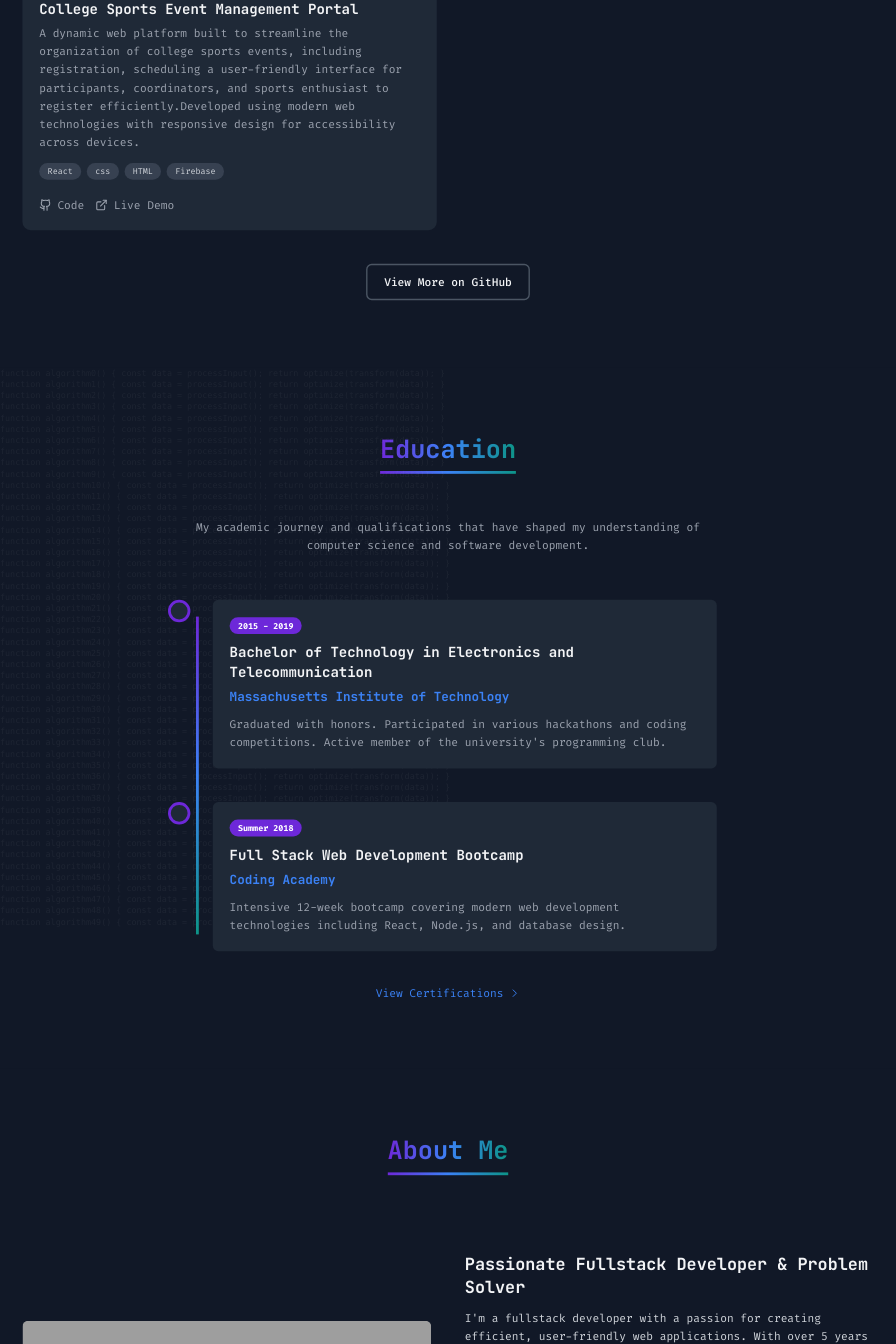
Repository: Saquib45/portfolio
Page: /
An editor plug-in stored every save of this project. The page is shown before and after the next save, followed by the edit.
The browser window is 1280 px wide. The pictures show the part of the page from y = 3537 to 5457 px (the page is 7453 px tall), at 70% of full size.
Pictures or frames that could not be fetched are drawn as grey boxes. The project was rebuilt for these pictures with package versions that can differ from the ones it lists, and the page was loaded fresh each time. Also part of the build but not shown: vite.config.ts.

Above is the page before, as saved 2025-04-24 14:16:11.

### index.html
<!doctype html>
<html lang="en">
  <head>
    <meta charset="UTF-8" />
    <link rel="icon" type="image/svg+xml" href="/vite.svg" />
    <meta name="viewport" content="width=device-width, initial-scale=1.0" />
    <title>Developer Portfolio | Fullstack Software Engineer</title>
    <link rel="preconnect" href="https://fonts.googleapis.com">
    <link rel="preconnect" href="https://fonts.gstatic.com" crossorigin>
    <link href="https://fonts.googleapis.com/css2?family=JetBrains+Mono:wght@400;500;700&family=Fira+Code:wght@300;400;500;700&display=swap" rel="stylesheet">
  </head>
  <body>
    <div id="root"></div>
    <script type="module" src="/src/main.tsx"></script>
  </body>
</html>

### src/App.tsx
import React from 'react';
import Navbar from './components/Navbar';
import Hero from './components/Hero';
import Skills from './components/Skills';
import Projects from './components/Projects';
import Education from './components/Education';
import About from './components/About';
import Contact from './components/Contact';
import Footer from './components/Footer';
import FloatingNav from './components/FloatingNav';

function App() {
  return (
    <div className="bg-gray-900 text-gray-100 font-fira">
      <Navbar />
      <main>
        <Hero />
        <Skills />
        <Projects />
        <Education />
        <About />
        <Contact />
      </main>
      <Footer />
      <FloatingNav />
    </div>
  );
}

export default App;

### src/index.css
@tailwind base;
@tailwind components;
@tailwind utilities;

@layer base {
  html {
    scroll-behavior: smooth;
  }

  body {
    @apply bg-gray-900 text-gray-100;
    overflow-x: hidden;
  }

  h1, h2, h3, h4, h5, h6 {
    @apply font-jetbrains font-bold;
  }

  h1 {
    @apply text-4xl md:text-5xl lg:text-6xl;
  }

  h2 {
    @apply text-3xl md:text-4xl;
  }

  h3 {
    @apply text-2xl md:text-3xl;
  }

  p {
    @apply leading-relaxed;
  }
}

@layer components {
  .container-custom {
    @apply container mx-auto px-4 sm:px-6 lg:px-8 max-w-7xl;
  }

  .gradient-text {
    @apply bg-clip-text text-transparent bg-gradient-to-r from-primary via-accent to-secondary;
  }

  .section-padding {
    @apply py-16 md:py-24;
  }

  .section-title {
    @apply text-3xl md:text-4xl font-bold mb-12 text-center relative pb-4 inline-block;
  }

  .section-title::after {
    content: '';
    @apply absolute bottom-0 left-0 w-full h-1 bg-gradient-to-r from-primary via-accent to-secondary;
  }

  .card {
    @apply bg-gray-800 rounded-lg p-6 transition-all;
  }

  .btn {
    @apply inline-flex items-center justify-center px-6 py-3 rounded-lg font-medium transition-all duration-300 focus:outline-none focus:ring-2 focus:ring-offset-2 focus:ring-offset-gray-900;
  }

  .btn-primary {
    @apply bg-primary hover:bg-primary-600 text-white focus:ring-primary;
  }

  .btn-secondary {
    @apply bg-secondary hover:bg-secondary-600 text-white focus:ring-secondary;
  }

  .btn-accent {
    @apply bg-accent hover:bg-accent-600 text-white focus:ring-accent;
  }

  .btn-outline {
    @apply border-2 border-gray-600 hover:border-primary hover:text-primary focus:ring-primary;
  }

  .input {
    @apply block w-full px-4 py-3 bg-gray-800 border border-gray-700 rounded-lg focus:outline-none focus:ring-2 focus:ring-primary focus:border-transparent transition-colors;
  }
}

/* Scroll animations */
.fade-in-section {
  opacity: 0;
  transform: translateY(20px);
  transition: opacity 0.6s ease-out, transform 0.6s ease-out;
}

.fade-in-section.is-visible {
  opacity: 1;
  transform: translateY(0);
}

/* Project card hover effect */
.project-card {
  transition: transform 0.3s ease, box-shadow 0.3s ease;
}

.project-card:hover {
  transform: translateY(-5px);
  box-shadow: 0 10px 20px rgba(0, 0, 0, 0.2);
}

/* Cursor animation */
.cursor {
  display: inline-block;
  width: 2px;
  height: 1em;
  background-color: currentColor;
  margin-left: 2px;
  animation: blink 1s infinite;
}

@keyframes blink {
  0%, 100% { opacity: 1; }
  50% { opacity: 0; }
}

/* Skill card hover effect */
.skill-card {
  transition: all 0.3s ease;
}

.skill-card:hover {
  transform: translateY(-5px);
  box-shadow: 0 0 15px rgba(109, 40, 217, 0.5);
}

### src/components/Hero.tsx
import React from 'react';
import { motion } from 'framer-motion';
import { TypeAnimation } from 'react-type-animation';
import { ChevronDown } from 'lucide-react';
import { Link } from 'react-scroll';

const Hero: React.FC = () => {
  return (
    <section
      id="hero"
      className="relative min-h-screen flex items-center justify-center bg-hero-pattern bg-gray-900 overflow-hidden"
    >
      <div className="absolute inset-0 bg-gradient-radial from-transparent to-gray-900 z-0"></div>

      {/* Animated Background Elements */}
      <div className="absolute inset-0 z-0">
        <motion.div
          className="absolute top-1/4 left-1/4 w-64 h-64 bg-primary/20 rounded-full blur-3xl"
          animate={{
            x: [0, 50, 0],
            y: [0, 30, 0],
          }}
          transition={{
            duration: 15,
            repeat: Infinity,
            ease: "easeInOut"
          }}
        />
        <motion.div
          className="absolute bottom-1/3 right-1/3 w-96 h-96 bg-secondary/20 rounded-full blur-3xl"
          animate={{
            x: [0, -70, 0],
            y: [0, 40, 0],
          }}
          transition={{
            duration: 18,
            repeat: Infinity,
            ease: "easeInOut",
            delay: 1
          }}
        />
        <motion.div
          className="absolute top-1/2 right-1/4 w-72 h-72 bg-accent/20 rounded-full blur-3xl"
          animate={{
            x: [0, 60, 0],
            y: [0, -40, 0],
          }}
          transition={{
            duration: 20,
            repeat: Infinity,
            ease: "easeInOut",
            delay: 2
          }}
        />
      </div>

      <div className="container-custom relative z-10">
        <motion.div
          className="text-center"
          initial={{ opacity: 0, y: 20 }}
          animate={{ opacity: 1, y: 0 }}
          transition={{ duration: 0.8 }}
        >
          <motion.p
            className="text-lg md:text-xl text-accent mb-4"
            initial={{ opacity: 0 }}
            animate={{ opacity: 1 }}
            transition={{ delay: 0.2, duration: 0.8 }}
          >
            Hello, I'm
          </motion.p>

          <motion.h1
            className="text-4xl md:text-6xl lg:text-7xl font-bold mb-6"
            initial={{ opacity: 0 }}
            animate={{ opacity: 1 }}
            transition={{ delay: 0.4, duration: 0.8 }}
          >
            <span className="gradient-text">Sakib Maniyar</span>
          </motion.h1>

          <motion.div
            className="text-xl md:text-3xl text-gray-300 mb-8 h-16 flex justify-center items-center"
            initial={{ opacity: 0 }}
            animate={{ opacity: 1 }}
            transition={{ delay: 0.6, duration: 0.8 }}
          >
            <TypeAnimation
              sequence={[
                'Fullstack Developer',
                2000,
                'Software Developer',
                2000,
                'Problem Solver',
                2000,
                'Code Craftsman',
                2000,
              ]}
              speed={50}
              repeat={Infinity}
              className="font-jetbrains"
            />
          </motion.div>

          <motion.div
            className="flex flex-col sm:flex-row justify-center gap-4"
            initial={{ opacity: 0 }}
            animate={{ opacity: 1 }}
            transition={{ delay: 0.8, duration: 0.8 }}
          >
            <Link
              to="projects"
              smooth={true}
              duration={800}
              offset={-70}
              className="btn btn-primary"
            >
              View My Work
            </Link>
            <Link
              to="contact"
              smooth={true}
              duration={800}
              offset={-70}
              className="btn btn-outline"
            >
              Contact Me
            </Link>
          </motion.div>
        </motion.div>
      </div>

      <div className="absolute bottom-8 left-1/2 transform -translate-x-1/2 z-10">
        <motion.div
          animate={{ y: [0, 10, 0] }}
          transition={{
            duration: 1.5,
            repeat: Infinity,
            ease: "easeInOut"
          }}
        >
          <Link
            to="skills"
            smooth={true}
            duration={800}
            className="cursor-pointer"
          >
            <ChevronDown className="w-8 h-8 text-gray-400 hover:text-white transition-colors" />
          </Link>
        </motion.div>
      </div>
    </section>
  );
};

export default Hero;

### src/components/Education.tsx
import React from 'react';
import { motion } from 'framer-motion';
import { useInView } from 'react-intersection-observer';

interface EducationItem {
  degree: string;
  institution: string;
  period: string;
  description: string;
}

const Education: React.FC = () => {
  const [ref, inView] = useInView({
    triggerOnce: true,
    threshold: 0.1,
  });

  const containerVariants = {
    hidden: { opacity: 0 },
    visible: {
      opacity: 1,
      transition: {
        staggerChildren: 0.3,
      },
    },
  };

  const itemVariants = {
    hidden: { x: -50, opacity: 0 },
    visible: {
      x: 0,
      opacity: 1,
      transition: { duration: 0.6, ease: "easeOut" },
    },
  };

  const education: EducationItem[] = [
    // {
    //   degree: "Master of Science in Computer Science",
    //   institution: "Stanford University",
    //   period: "2019 - 2021",
    //   description: "Specialized in Artificial Intelligence and Machine Learning. Completed thesis on 'Neural Network Optimization Techniques for Real-time Applications'."
    // },
    {
      degree: "Bachelor of Technology in Electronics and Telecommunication",
      institution: "Massachusetts Institute of Technology",
      period: "2015 - 2019",
      description: "Graduated with honors. Participated in various hackathons and coding competitions. Active member of the university's programming club."
    },
    {
      degree: "Full Stack Web Development Bootcamp",
      institution: "Coding Academy",
      period: "Summer 2018",
      description: "Intensive 12-week bootcamp covering modern web development technologies including React, Node.js, and database design."
    },
  ];

  return (
    <section id="education" className="section-padding bg-gray-900 relative overflow-hidden">
      <div className="container-custom">
        <div className="text-center mb-16">
          <h2 className="section-title inline-block">
            <span className="gradient-text">Education</span>
          </h2>
          <p className="mt-4 text-gray-400 max-w-3xl mx-auto">
            My academic journey and qualifications that have shaped my understanding of computer science and software development.
          </p>
        </div>

        {/* Decorative code background */}
        <div className="absolute inset-0 opacity-5 text-xs font-mono overflow-hidden pointer-events-none">
          {Array.from({ length: 50 }).map((_, i) => (
            <div key={i} className="whitespace-nowrap">
              {`function algorithm${i}() { const data = processInput(); return optimize(transform(data)); }`}
            </div>
          ))}
        </div>

        <motion.div
          ref={ref}
          variants={containerVariants}
          initial="hidden"
          animate={inView ? "visible" : "hidden"}
          className="relative z-10 max-w-3xl mx-auto"
        >
          <div className="absolute left-6 top-6 bottom-6 w-1 bg-gradient-to-b from-primary via-accent to-secondary"></div>

          {education.map((item, index) => (
            <motion.div
              key={index}
              variants={itemVariants}
              className="mb-12 ml-12 relative"
            >
              <div className="absolute -left-16 top-0 w-8 h-8 bg-gray-800 border-4 border-primary rounded-full"></div>
              <div className="bg-gray-800 rounded-lg p-6 hover:shadow-lg transition-shadow">
                <span className="inline-block px-3 py-1 text-xs font-semibold text-white bg-primary rounded-full mb-3">
                  {item.period}
                </span>
                <h3 className="text-xl font-bold mb-2">{item.degree}</h3>
                <h4 className="text-lg text-accent mb-3">{item.institution}</h4>
                <p className="text-gray-400">{item.description}</p>
              </div>
            </motion.div>
          ))}
        </motion.div>

        <div className="mt-12 text-center relative z-10">
          <a
            href="#"
            className="inline-flex items-center text-accent hover:text-primary transition-colors"
          >
            <span>View Certifications</span>
            <svg
              xmlns="http://www.w3.org/2000/svg"
              className="h-4 w-4 ml-2"
              fill="none"
              viewBox="0 0 24 24"
              stroke="currentColor"
            >
              <path
                strokeLinecap="round"
                strokeLinejoin="round"
                strokeWidth={2}
                d="M9 5l7 7-7 7"
              />
            </svg>
          </a>
        </div>
      </div>
    </section>
  );
};

export default Education;

### src/components/Footer.tsx
import React from 'react';
import { Github, Linkedin, Twitter, ArrowUp } from 'lucide-react';
import { Link } from 'react-scroll';

const Footer: React.FC = () => {
  const currentYear = new Date().getFullYear();

  return (
    <footer className="bg-gray-950 pt-16 pb-6 relative">
      <div className="container-custom">
        <div className="grid grid-cols-1 md:grid-cols-2 lg:grid-cols-4 gap-8 mb-12">
          <div>
            <h4 className="text-xl font-bold mb-4 gradient-text">
              DEVFOLIO
            </h4>
            <p className="text-gray-400 mb-4">
              Fullstack developer specializing in building exceptional digital experiences.
            </p>
            <div className="flex space-x-4">
              <a
                href="https://github.com"
                target="_blank"
                rel="noopener noreferrer"
                className="text-gray-400 hover:text-primary transition-colors"
                aria-label="GitHub"
              >
                <Github size={20} />
              </a>
              <a
                href="https://linkedin.com"
                target="_blank"
                rel="noopener noreferrer"
                className="text-gray-400 hover:text-accent transition-colors"
                aria-label="LinkedIn"
              >
                <Linkedin size={20} />
              </a>
              <a
                href="https://twitter.com"
                target="_blank"
                rel="noopener noreferrer"
                className="text-gray-400 hover:text-secondary transition-colors"
                aria-label="Twitter"
              >
                <Twitter size={20} />
              </a>
            </div>
          </div>

          <div>
            <h4 className="text-lg font-bold mb-4">Navigation</h4>
            <ul className="space-y-2">
              {['Home', 'Skills', 'Projects', 'Education', 'About', 'Contact'].map((item) => (
                <li key={item}>
                  <Link
                    to={item.toLowerCase()}
                    smooth={true}
                    duration={500}
                    offset={-70}
                    className="text-gray-400 hover:text-primary transition-colors cursor-pointer"
                  >
                    {item}
                  </Link>
                </li>
              ))}
            </ul>
          </div>

          <div>
            <h4 className="text-lg font-bold mb-4">Services</h4>
            <ul className="space-y-2">
              {['Web Development', 'Frontend Design', 'Backend Systems', 'API Development', 'Database Design', 'UI/UX Design'].map((item) => (
                <li key={item}>
                  <span className="text-gray-400 cursor-default">{item}</span>
                </li>
              ))}
            </ul>
          </div>

          <div>
            <h4 className="text-lg font-bold mb-4">Contact</h4>
            <ul className="space-y-2 text-gray-400">
              <li>San Francisco, California</li>
              <li>contact@johndoe.dev</li>
              <li>+1 (234) 567-8900</li>
            </ul>
          </div>
        </div>

        <div className="border-t border-gray-800 pt-6 mt-6 flex flex-col sm:flex-row justify-between items-center">
          <p className="text-gray-500 text-sm mb-4 sm:mb-0">
            &copy; {currentYear} John Doe. All rights reserved.
          </p>
          <Link
            to="hero"
            smooth={true}
            duration={800}
            className="p-3 bg-gray-800 rounded-full text-gray-400 hover:text-white transition-colors cursor-pointer"
            aria-label="Back to top"
          >
            <ArrowUp size={20} />
          </Link>
        </div>
      </div>
    </footer>
  );
};

export default Footer;

### src/components/FloatingNav.tsx
import React, { useState, useEffect } from 'react';
import { Link } from 'react-scroll';
import { Home, Code, Briefcase, GraduationCap, User, Mail, Menu, X } from 'lucide-react';

const FloatingNav: React.FC = () => {
  const [isVisible, setIsVisible] = useState(false);
  const [isOpen, setIsOpen] = useState(false);

  useEffect(() => {
    const toggleVisibility = () => {
      if (window.scrollY > 300) {
        setIsVisible(true);
      } else {
        setIsVisible(false);
        setIsOpen(false);
      }
    };

    window.addEventListener('scroll', toggleVisibility);
    return () => window.removeEventListener('scroll', toggleVisibility);
  }, []);

  const toggleMenu = () => {
    setIsOpen(!isOpen);
  };

  const navItems = [
    { name: 'Home', icon: <Home size={18} />, target: 'hero' },
    { name: 'Skills', icon: <Code size={18} />, target: 'skills' },
    { name: 'Projects', icon: <Briefcase size={18} />, target: 'projects' },
    { name: 'Education', icon: <GraduationCap size={18} />, target: 'education' },
    { name: 'About', icon: <User size={18} />, target: 'about' },
    { name: 'Contact', icon: <Mail size={18} />, target: 'contact' },
  ];

  if (!isVisible) return null;

  return (
    <div className="fixed bottom-6 right-6 z-50">
      <button
        onClick={toggleMenu}
        className={`w-12 h-12 rounded-full flex items-center justify-center ${
          isOpen ? 'bg-primary text-white' : 'bg-gray-800 text-white'
        } shadow-lg hover:shadow-xl transition-all duration-300 focus:outline-none`}
        aria-label={isOpen ? 'Close navigation menu' : 'Open navigation menu'}
      >
        {isOpen ? <X size={20} /> : <Menu size={20} />}
      </button>

      {isOpen && (
        <div className="absolute right-0 bottom-16 p-2 bg-gray-800 rounded-lg shadow-xl">
          <ul className="space-y-2">
            {navItems.map((item) => (
              <li key={item.name}>
                <Link
                  to={item.target}
                  smooth={true}
                  duration={500}
                  offset={-70}
                  onClick={() => setIsOpen(false)}
                  className="flex items-center px-4 py-2 rounded-lg hover:bg-gray-700 text-gray-300 hover:text-white transition-colors cursor-pointer"
                >
                  <span className="mr-3">{item.icon}</span>
                  <span>{item.name}</span>
                </Link>
              </li>
            ))}
          </ul>
        </div>
      )}
    </div>
  );
};

export default FloatingNav;

Loaded but not shown: src/main.tsx (common file); tailwind.config.js (68 lines, source omitted); src/components/Contact.tsx (242 lines, source omitted); src/components/Skills.tsx (144 lines, source omitted); src/components/Projects.tsx (163 lines, source omitted); src/components/About.tsx (113 lines, source omitted); src/components/Navbar.tsx (154 lines, source omitted)

After the next save:
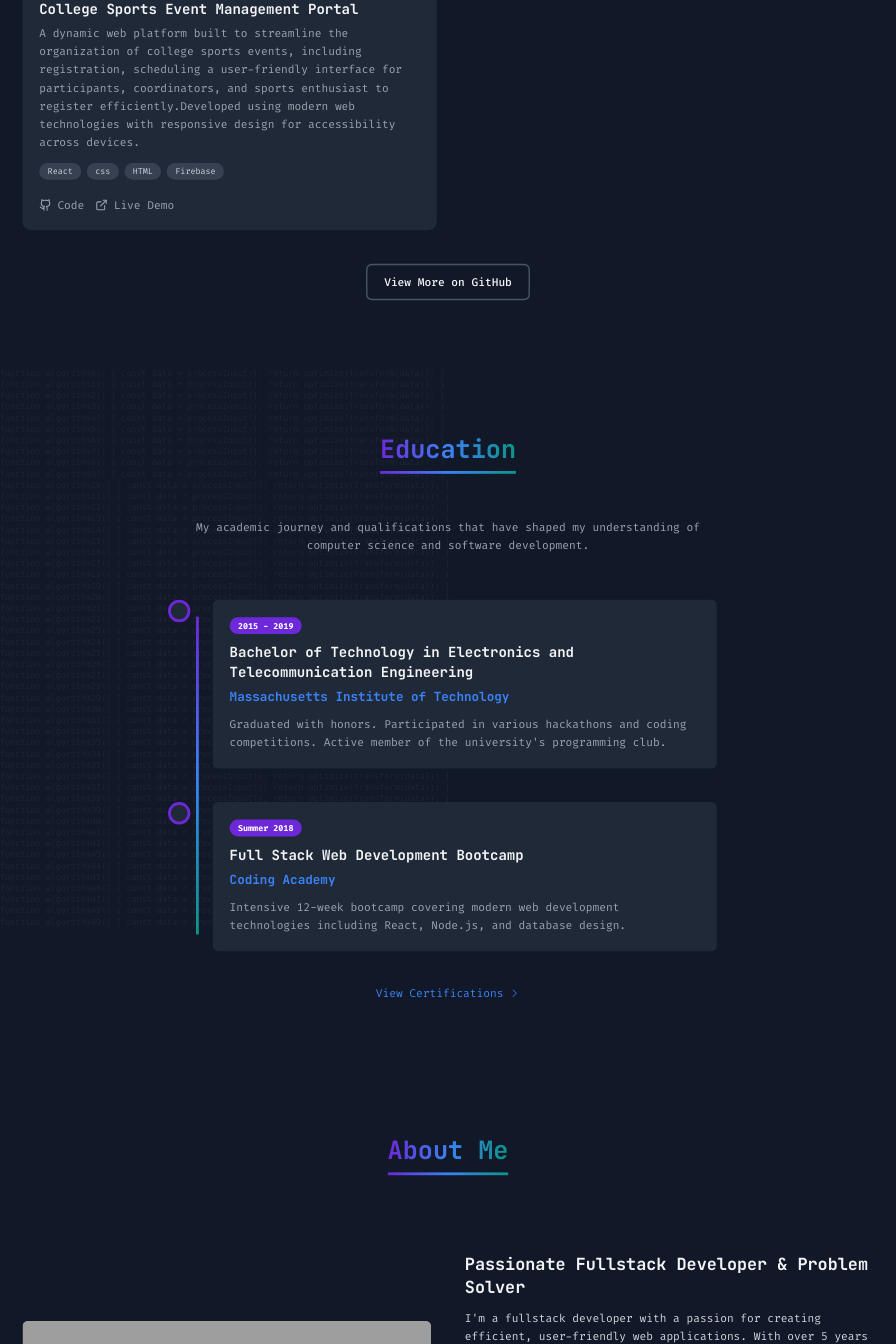
Saved 4 s later.
--- a/src/components/Education.tsx
+++ b/src/components/Education.tsx
@@ -42,7 +42,7 @@
     //   description: "Specialized in Artificial Intelligence and Machine Learning. Completed thesis on 'Neural Network Optimization Techniques for Real-time Applications'."
     // },
     {
-      degree: "Bachelor of Technology in Electronics and Telecommunication",
+      degree: "Bachelor of Technology in Electronics and Telecommunication Engineering",
       institution: "Massachusetts Institute of Technology",
       period: "2015 - 2019",
       description: "Graduated with honors. Participated in various hackathons and coding competitions. Active member of the university's programming club."
